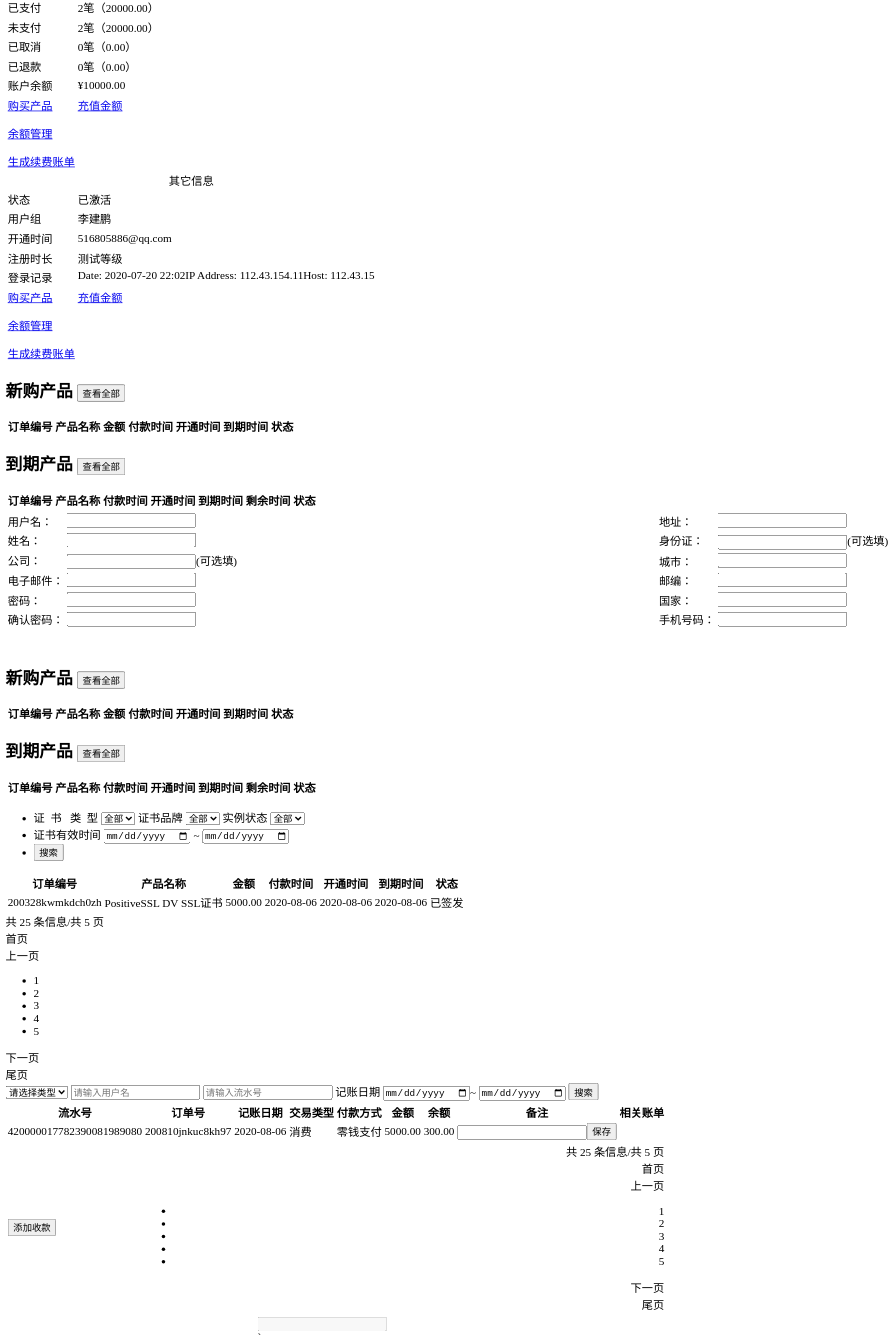
Repository: wangyan466393/racentSystem
Page: customerData.html
The author's editor kept a copy of each file at every save. The page is drawn from the files as they stood at one save, then again after the next save.
The browser window is 1280 px wide. The pictures show the part of the page from y = 530 to 2450 px (the page is 3519 px tall before and 3493 px after), at 70% of full size.

Above is the page before, as saved 2020-08-13 18:07:22.

After the next save:
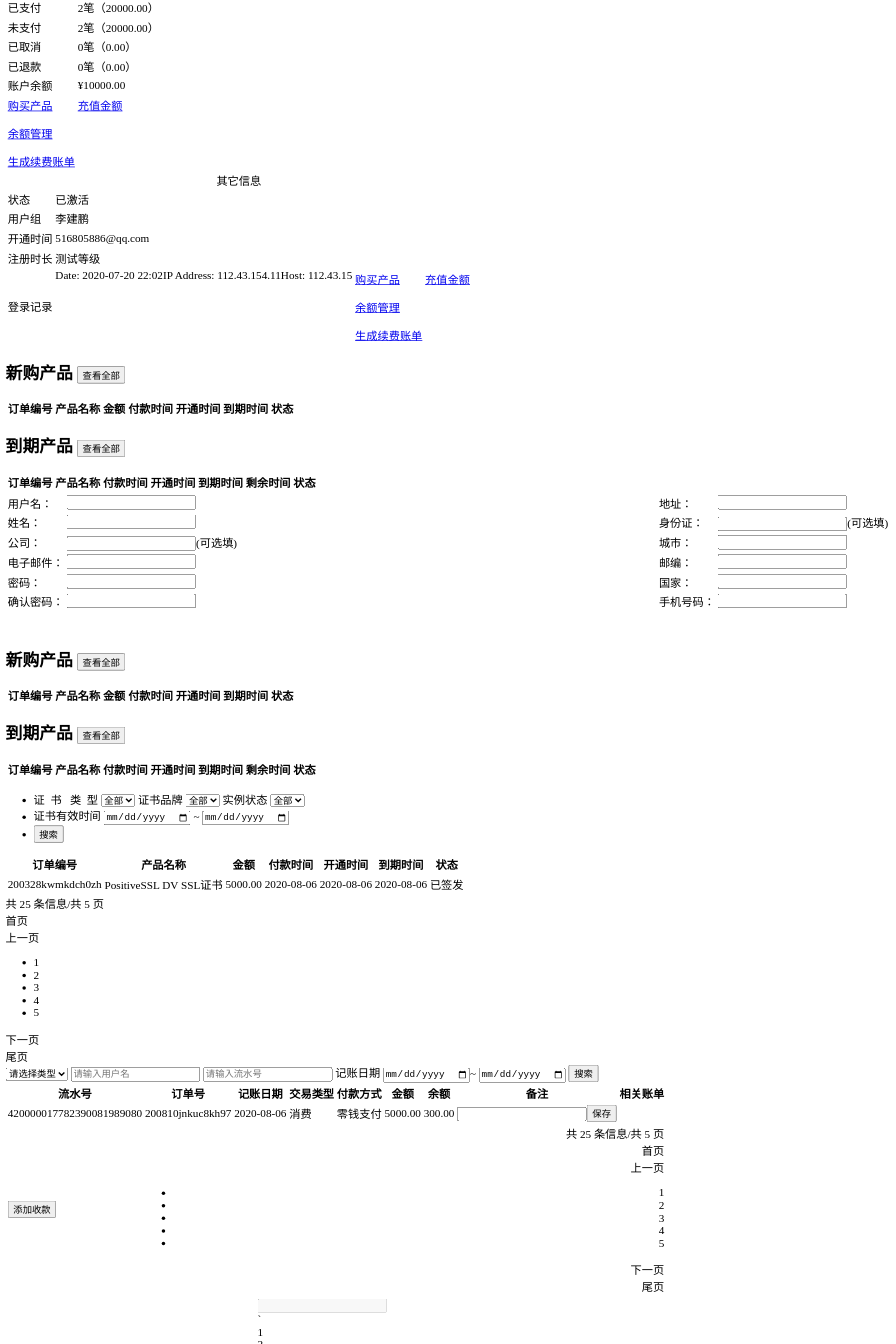
Saved 91 s later.
--- a/customerData.html
+++ b/customerData.html
@@ -132,7 +132,6 @@
                                     <span> Date: 2020-07-20 22:02IP Address: 112.43.154.11Host: 112.43.15</span>
                                 </td>
                             </tr>
-                            <tr></tr>
                             <tr>
                                 <td rowspan="3" valign="top">
                                     <p class="shopp">
